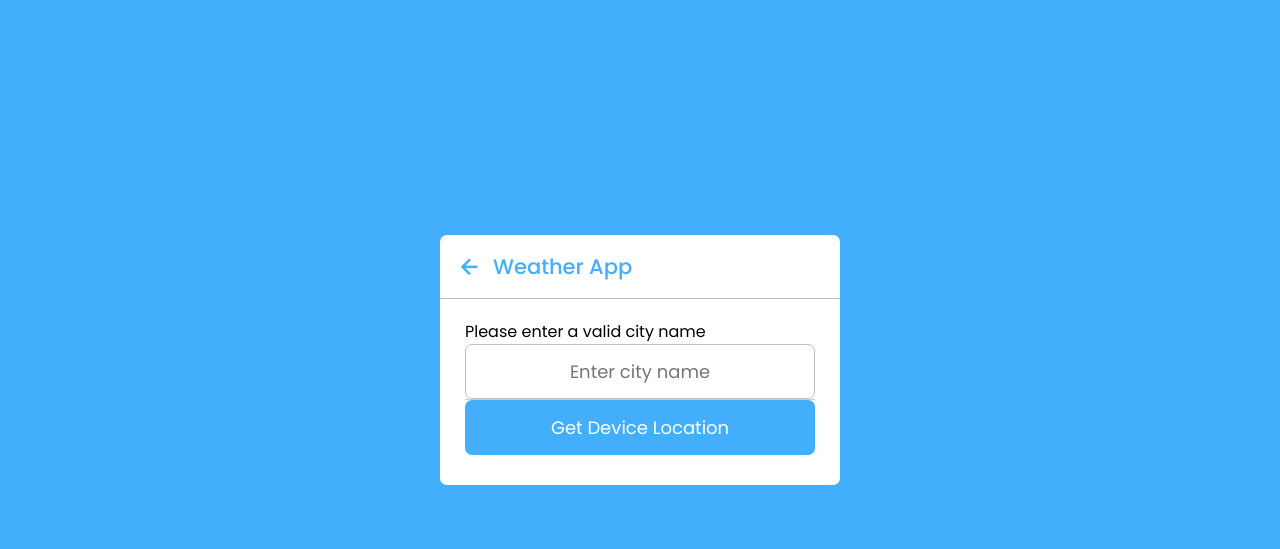
Repository: long13820/Weather-App-HTML-CSS-Javascript
Page: index.html
The author's editor kept a copy of each file at every save. The page is drawn from the files as they stood at one save, then again after the next save.
The browser window is 1280 px wide. The pictures show the whole page.

Above is the page before, as saved 2021-09-02 01:04:29.

After the next save:
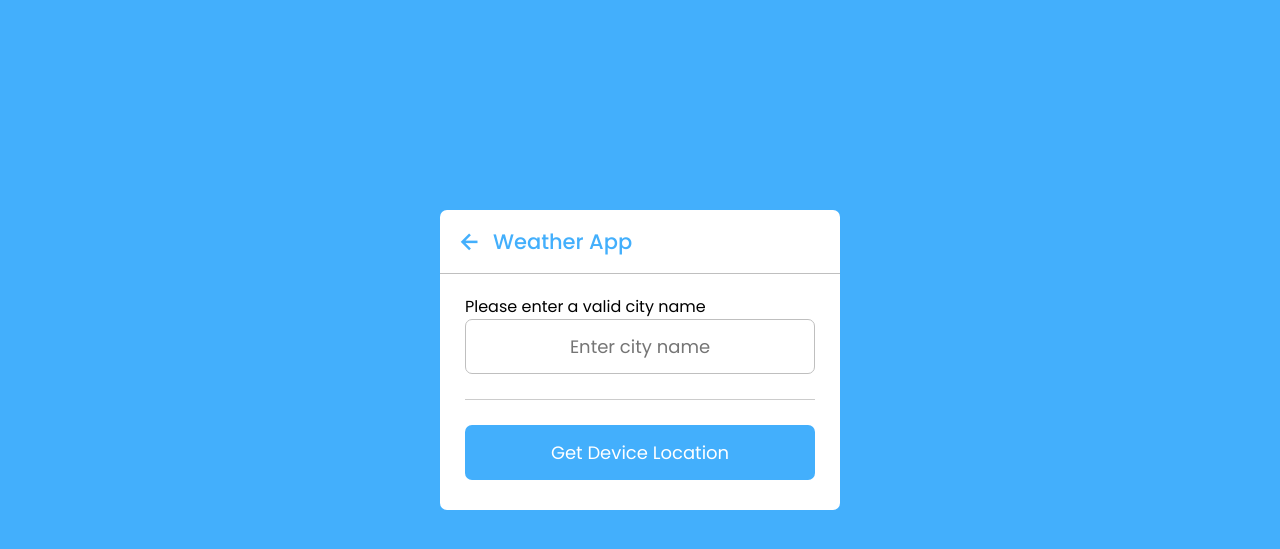
Saved 31 s later.
--- a/style.css
+++ b/style.css
@@ -51,6 +51,7 @@ header i{
 .input-part .separator{
     height: 1px;
     width: 100%;
+    margin: 25px 0px;
     background: #ccc;
 }
 .input-part button{
